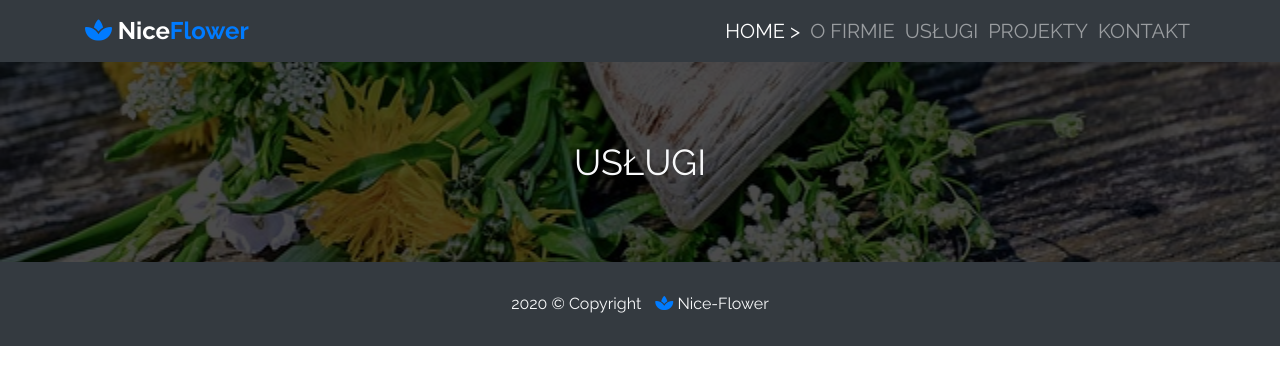
Repository: KrzysKolo/Projekt-13_Kwiaciarnia
Page: services.html
These files come from the project's save history. The page is drawn as it stood at one moment and after the next save; the edit follows.
The browser window is 1280 px wide. The pictures show the whole page.
Some web libraries are served in a nearby version.

Above is the page before, as saved 2020-08-11 09:57:15.

### services.html
<!DOCTYPE html>
<html lang="pl">
  <head>
    <meta charset="UTF-8" />
    <meta name="viewport" content="width=device-width, initial-scale=1.0" />
    <title>Nice-Flower</title>
    <script
      src="https://kit.fontawesome.com/21efeaf281.js"
      crossorigin="anonymous"
    ></script>

    <link
      rel="stylesheet"
      href="https://stackpath.bootstrapcdn.com/bootstrap/4.5.0/css/bootstrap.min.css"
      integrity="sha384-9aIt2nRpC12Uk9gS9baDl411NQApFmC26EwAOH8WgZl5MYYxFfc+NcPb1dKGj7Sk"
      crossorigin="anonymous"
    />
    <link
      href="https://fonts.googleapis.com/css2?family=Raleway:wght@400;700&display=swap"
      rel="stylesheet"
    />
    <link rel="stylesheet" href="style.css" />
  </head>
  <body>
    <nav class="navbar navbar-expand-lg navbar-dark bg-dark py-3">
      <div class="container">
        <a class="navbar-brand" href="index.html"
          ><i class="fas fa-spa text-primary"></i> Nice<span
            class="text-primary"
            >Flower</span
          ></a
        >
        <button
          class="navbar-toggler border-0"
          type="button"
          data-toggle="collapse"
          data-target="#navbarNavAltMarkup"
          aria-controls="navbarNavAltMarkup"
          aria-expanded="false"
          aria-label="Toggle navigation"
        >
          <i class="fas fa-bars px-4"></i>
        </button>
        <div class="collapse navbar-collapse" id="navbarNavAltMarkup">
          <div class="navbar-nav ml-auto">
            <a class="nav-link active" href="index.html">Home ></a>
            <a class="nav-link" href="abouteus.html">O firmie</a>
            <a class="nav-link" href="#"
              ><span class="sr-only">(current)</span>Usługi</a
            >
            <a class="nav-link" href="projects.html">Projekty</a>
            <a class="nav-link" href="contact.html">Kontakt</a>
          </div>
        </div>
      </div>
    </nav>

    <!-- MAIN -->
    <main>
      <section class="top-hero service-hero">
        <div class="hero-shadow"></div>
        <p class="top-hero-text text-light">usługi</p>
      </section>
    </main>
    <footer class="bg-dark text-light">
      <p class="py-5 px-3 mb-0 text-center">
        2020 &copy; Copyright
        <i class="ml-3 fas fa-spa text-primary"></i> Nice-Flower
      </p>
    </footer>
    <script
      src="https://code.jquery.com/jquery-3.5.1.slim.min.js"
      integrity="sha384-DfXdz2htPH0lsSSs5nCTpuj/zy4C+OGpamoFVy38MVBnE+IbbVYUew+OrCXaRkfj"
      crossorigin="anonymous"
    ></script>
    <script
      src="https://cdn.jsdelivr.net/npm/popper.js@1.16.0/dist/umd/popper.min.js"
      integrity="sha384-Q6E9RHvbIyZFJoft+2mJbHaEWldlvI9IOYy5n3zV9zzTtmI3UksdQRVvoxMfooAo"
      crossorigin="anonymous"
    ></script>
    <script
      src="https://stackpath.bootstrapcdn.com/bootstrap/4.5.0/js/bootstrap.min.js"
      integrity="sha384-OgVRvuATP1z7JjHLkuOU7Xw704+h835Lr+6QL9UvYjZE3Ipu6Tp75j7Bh/kR0JKI"
      crossorigin="anonymous"
    ></script>
  </body>
</html>

### style.css
* {
  box-sizing: border-box;
  margin: 0;
  padding: 0;
}
html {
  font-size: 62.5%;
}
body {
  font-family: "Raleway", sans-serif;
  font-size: 1.6rem;
}
.hero-shadow {
  position: absolute;
  top: 0;
  width: 100%;
  height: 100%;
  background-color: rgba(0, 0, 0, 0.7);
  z-index: -1;
}
.additional-text {
  font-size: 1.8rem;
}
.top-hero {
  position: relative;
  height: 20rem;
  background-size: cover;
  z-index: 0;
}
.top-hero-text {
  display: flex;
  justify-content: center;
  align-items: center;
  height: 100%;
  font-size: 3.6rem;
  text-transform: uppercase;
}
/* ----------- */
/*  nawigacja  */
/* ----------- */
nav {
  font-size: 2rem;
  text-transform: uppercase;
}
.navbar-toggler {
  font-size: 3rem;
}
.navbar-brand {
  font-size: 2.4rem;
  font-weight: bold;
  text-transform: none;
}
/* ----------- */
/*    header   */
/* ----------- */
header {
  font-size: 2rem;
}
.carousel-item {
  position: relative;
  height: 400px;
  background-position: center;
  background-size: cover;
  z-index: 0;
}
.carousel-img-one {
  background-image: url("./img/b1m.jpg");
}
.carousel-img-two {
  background-image: url("./img/b2m.jpg");
}
.carousel-img-three {
  background-image: url("./img/b4m.jpg");
}
/* ----------- */
/*     main    */
/* ----------- */
.home-boxes {
  padding: 5rem 0;
}
.home-box i {
  font-size: 4rem;
}
.home-box h3 {
  font-size: 2.6rem;
}
/* ----------- */
.home-passion {
  position: relative;
  height: 350px;
  background-image: url("./img/b8m.jpg");
  background-position: center;
  background-size: cover;
  z-index: 0;
}
/* ----------- */
.home-brand h3 {
  font-size: 3rem;
  font-weight: bold;
}
/* ----------- */
/*   aboutus   */
/* ----------- */
.aboutus-hero {
  background-image: url("./img/obrazek1.jpg");
  background-position: bottom;
}
/* ----------- */
.aboutus-top .display-3 {
  text-transform: uppercase;
}
/* ----------- */
.aboutus-info {
  background-color: rgba(0, 0, 0, 0.3);
}
.aboutus-info .container {
  padding: 2em 0.5em;
}
.aboutus-text {
  padding: 1.8rem;
}
.aboutus-text h3 {
  margin-bottom: 0.5em;
  font-size: 2.6rem;
  text-transform: uppercase;
  font-weight: bold;
  text-decoration: underline #007bff;
}
.abouts-text-right {
  text-align: right;
}
.aboutus-img {
  height: 300px;
  background-image: url("./img/b5m.jpg");
  background-position: center;
  background-size: cover;
}
/* ----------- */
.aboutus-bottom i {
  font-size: 3rem;
}
.aboutus-bottom h3 {
  font-size: 2.2rem;
  font-weight: bold;
}
/* ----------- */
/*    usługi   */
/* ----------- */
.service-hero {
  background-image: url("./img/pm.jpg");
  background-position: 0 75%;
}
/* ----------- */
/*    footer   */
/* ----------- */
footer {
  font-size: 1.6rem;
}
@media (min-width: 992px) {
  .aboutus-info .container {
    padding: 0;
  }
  .aboutus-shadow {
    box-shadow: inset 0 5px 10px -5px rgba(0, 0, 0, 0.4);
  }
  .aboutus-text {
    padding: 5em 0;
    transform: skew(-15deg);
  }
  .abouts-text-left {
    padding-right: 2em;
    text-align: right;
  }
  .abouts-text-right {
    padding-left: 2em;
    text-align: left;
  }
  .aboutus-img {
    height: auto;
    transform: skew(-15deg);
  }
}
@media (min-width: 1400px) {
  .carousel-item {
    height: 600px;
  }
  .carousel-img-one {
    background-image: url("./img/b1.jpg");
  }
  .carousel-img-two {
    background-image: url("./img/b2.jpg");
  }
  .carousel-img-three {
    background-image: url("./img/b4.jpg");
  }
}

After the next save:
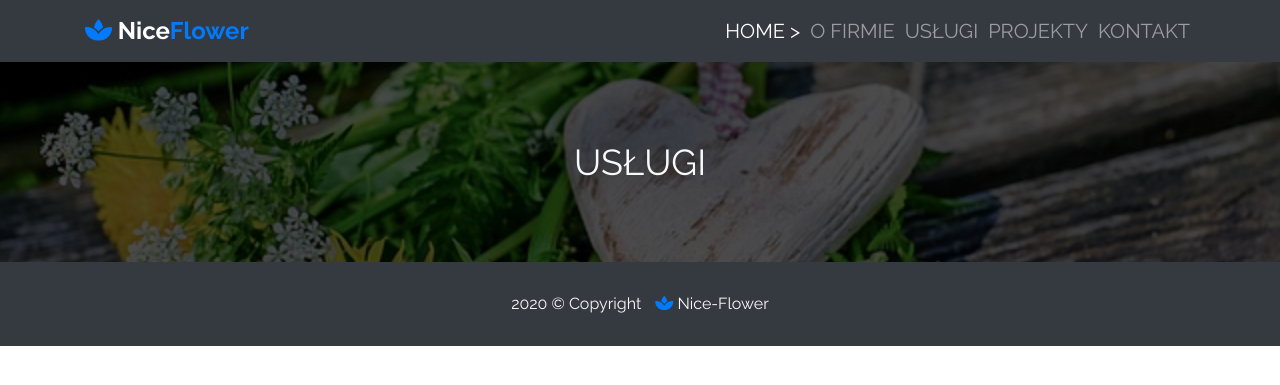
Saved 16 s later.
--- a/style.css
+++ b/style.css
@@ -148,7 +148,7 @@ header {
 /* ----------- */
 .service-hero {
   background-image: url("./img/pm.jpg");
-  background-position: 0 75%;
+  background-position: 0 50%;
 }
 /* ----------- */
 /*    footer   */
